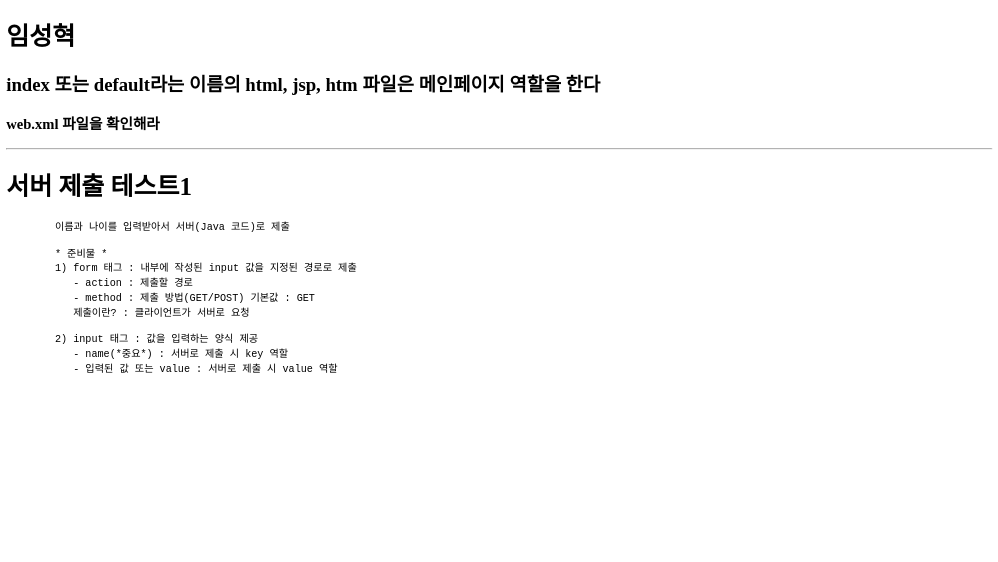
Repository: limbit95/05_Server
Page: ServletProject/src/main/webapp/index.html
An editor plug-in stored every save of this project. The page is shown before and after the next save, followed by the edit.
The browser window is 1280 px wide. The pictures show the whole page, at 78% of full size.

Above is the page before, as saved 2024-03-21 02:41:22.

After the next save:
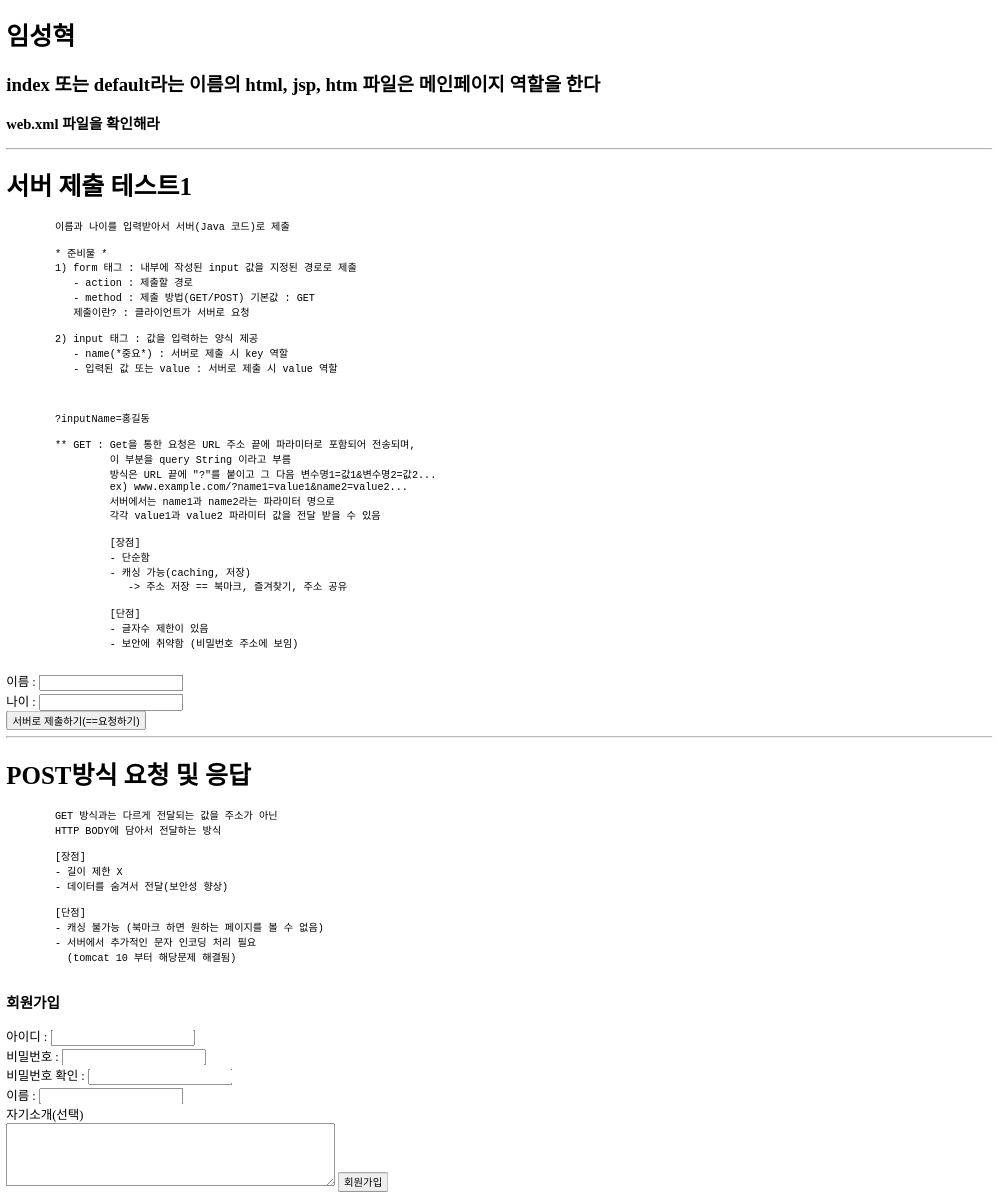
Saved 8 s later.
--- a/ServletProject/src/main/webapp/index.html
+++ b/ServletProject/src/main/webapp/index.html
@@ -27,6 +27,64 @@
     	   - 입력된 값 또는 value : 서버로 제출 시 value 역할
 
     	<!-- <input name="inputName" value="홍길동"> -->
+
+    	?inputName=홍길동
+
+        ** GET : Get을 통한 요청은 URL 주소 끝에 파라미터로 포함되어 전송되며,
+                 이 부분을 query String 이라고 부름
+                 방식은 URL 끝에 "?"를 붙이고 그 다음 변수명1=값1&변수명2=값2...
+                 ex) www.example.com/?name1=value1&name2=value2...
+                 서버에서는 name1과 name2라는 파라미터 명으로
+                 각각 value1과 value2 파라미터 값을 전달 받을 수 있음
+
+                 [장점]
+                 - 단순함
+                 - 캐싱 가능(caching, 저장)
+                    -> 주소 저장 == 북마크, 즐겨찾기, 주소 공유
+
+                 [단점]
+                 - 글자수 제한이 있음
+                 - 보안에 취약함 (비밀번호 주소에 보임)
     </pre>
+
+    <form action="/example1" method="get">
+        이름 : <input name="inputName">
+        <br>
+        나이 : <input type="number" name="inputAge">
+        <br>
+        <button type="submit">서버로 제출하기(==요청하기)</button>
+    </form>
+
+    <hr>
+
+    <h1>POST방식 요청 및 응답</h1>
+    <pre>
+        GET 방식과는 다르게 전달되는 값을 주소가 아닌
+        HTTP BODY에 담아서 전달하는 방식
+
+        [장점]
+        - 길이 제한 X
+        - 데이터를 숨겨서 전달(보안성 향상)
+
+        [단점]
+        - 캐싱 불가능 (북마크 하면 원하는 페이지를 볼 수 없음)
+        - 서버에서 추가적인 문자 인코딩 처리 필요
+          (tomcat 10 부터 해당문제 해결됨)
+    </pre>
+
+    <h3>회원가입</h3>
+
+    <form action="/signUp" method="post">
+        아이디 : <input type="text" name="inputId" required> <br>
+        비밀번호 : <input type="password" name="inputPw" required> <br>
+        비밀번호 확인 : <input type="password" required> <br>
+        이름 : <input name="inputName" required> <br>
+
+        자기소개(선택) <br>
+        <textarea name="intro" cols="50" rows="5"></textarea>
+
+        <button>회원가입</button>
+    </form>
+
 </body>
 </html>
